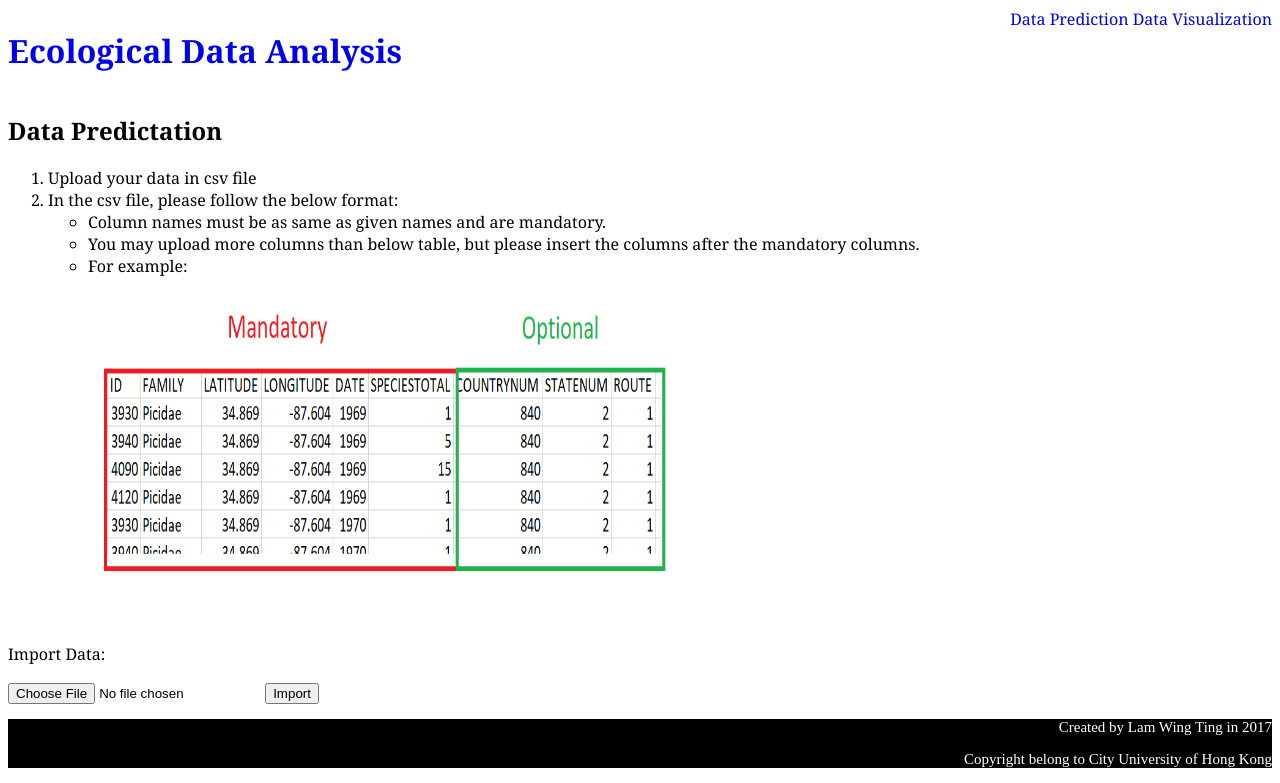
Repository: JenniferLam/FYP
Page: WebAppDev/FYP_webapp/WebContent/prediction/dataPred.html
An editor plug-in stored every save of this project. The page is shown before and after the next save, followed by the edit.
The browser window is 1280 px wide. The pictures show the whole page.

Above is the page before, as saved 2018-02-02 15:07:55.

### WebAppDev/FYP_webapp/WebContent/prediction/dataPred.html
<!DOCTYPE html PUBLIC "-//W3C//DTD HTML 4.01 Transitional//EN" "http://www.w3.org/TR/html4/loose.dtd">
<html>
<head>
<meta http-equiv="Content-Type" content="text/html; charset=BIG5">
<link href="dataPred.css" type="text/css" rel="stylesheet">
<link href="../common.css" type="text/css" rel="stylesheet">
<script src="dataPred.js"></script>
<script type="view" id="filterView">

	<form>
		<p>Please choose the time range for prediction:</p>
		<label>From</label>
		<select id="dateFrom"></select>
		<label>To</label>

		<p>Please choose the species or specific family for prediction:</p>
		<select id="dataTo"></select>
		<label>Family</label>
		<select id="species></select>

		<button type="submit" onsubmit="">Submit</button>
		<span id="displayMsg"></span>
	</form>


</script>
<script type="view" id="resultView">
	<p>Prediction Result</p>
	<div id="predictResult"></div>

</script>

<title>Data Prediction</title>
</head>


<body>
	<div id="header">
		<h1>
			<a href="../main/main.html">Ecological Data Analysis</a>
		</h1>
		<div id="shortcut">
			<a href="../prediction/dataPred.html">Data Prediction</a>
			<a href="../visualization/dataVisual.html">Data Visualization</a>
		</div>
	</div>
<div id="container">
<h2>Data Predictation</h2>
<ol>
<li>Upload your data in csv file</li>
<li>In the csv file, please follow the below format:</li>
<ul>
<li>Column names must be as same as given names and are mandatory.</li>
<li>You may upload more columns than below table, but please insert the columns after the mandatory columns.</li>
<li>For example: </li>
<img src="./example.png" alt="Sample File">
<table>


</table>
</ul>
</ol>
<p>Import Data:</p>
<input type="file" name="uploadFile">
<button type='submit'onsubmit="fileUpload()">Import</button>
<span id="responseMsg"></span>


<div id="filter">
</div>


</div>


	<div id="footer">
		<p>Created by Lam Wing Ting in 2017</p>
		<p>Copyright belong to City University of Hong Kong</p>
	</div>
</body>
</html>

### WebAppDev/FYP_webapp/WebContent/prediction/dataPred.css
img{
	width:600px;
	height:350px;
}

### WebAppDev/FYP_webapp/WebContent/common.css
body{
	font-family:Georgia, serif;
}
a{
	text-decoration: none;
}
a:visited
{
    text-decoration: none;
    color:black;
}
#header{
	width:100%;
	display:inline-block;
	/*background-color: rgb(102, 255, 102);*/
}
nav{
	display:inline;
	float:right;

}
h1{
	float:left;

}
#shortcut{
	float:right;
}
#footer{
	background-color:black;
	width:100%;
	color: white;
	text-align:right;
	font-family:Times New Roman, Times, serif;
	font-size:15px;
}

### WebAppDev/FYP_webapp/WebContent/prediction/dataPred.js
fileUpload = function(){


	// Display response message
	// 1. Loading... Please wait
	// 2. The import is successful
	// 3. Wrong column name
	// 4. Wrong date format

}

displayUserSelection = function(){
	// If fileUpload() returns true, then ask user to choose the time range and species


}

dataPrediction = function(){

	// Display response message
	// 1. Loading... Please wait

}

printPredictionResult = function(){

}

After the next save:
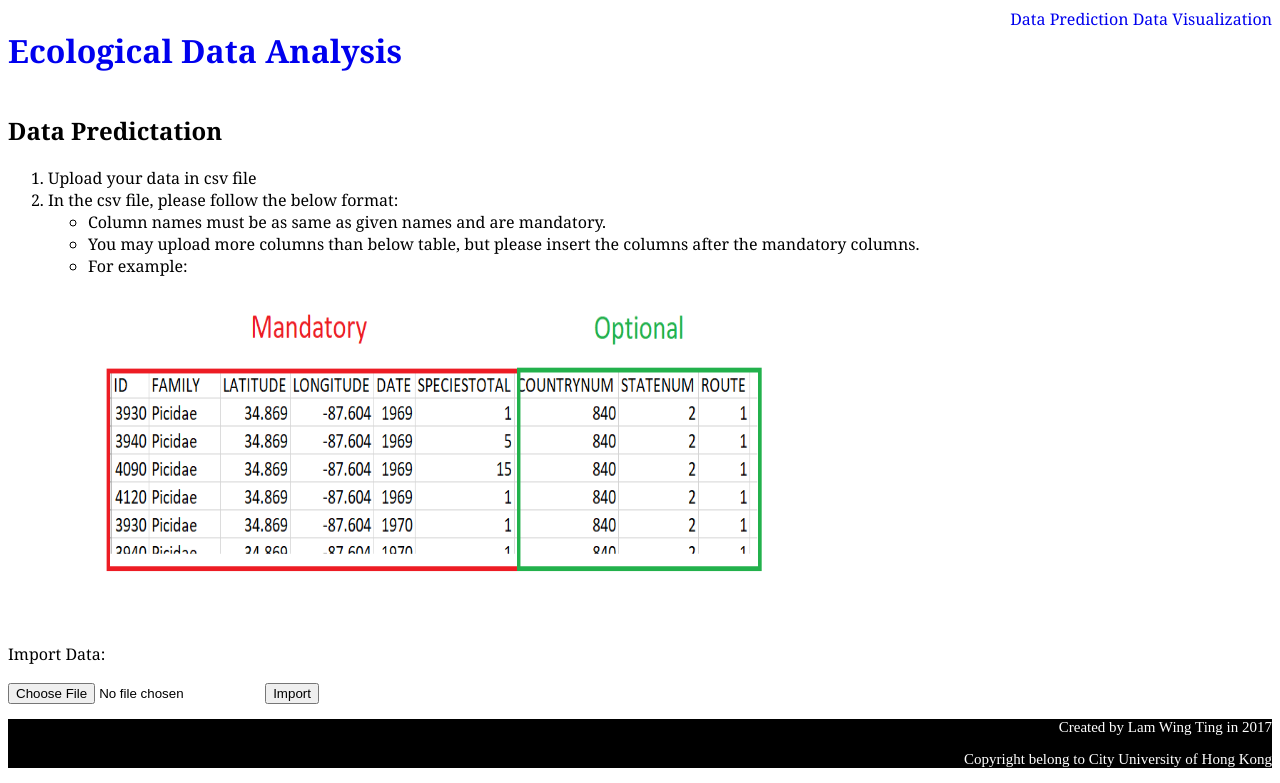
Saved 5 s later.
--- a/WebAppDev/FYP_webapp/WebContent/prediction/dataPred.css
+++ b/WebAppDev/FYP_webapp/WebContent/prediction/dataPred.css
@@ -1,4 +1,4 @@
 img{
-	width:600px;
+	width:700px;
 	height:350px;
 }
